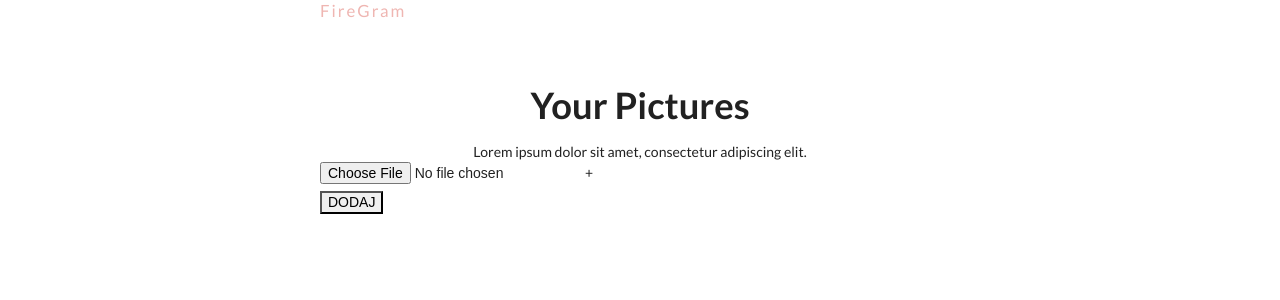
Repository: gregorskrinjar/react_ita
Page: / (app in frontend/)
An editor plug-in stored every save of this project. The page is shown before and after the next save, followed by the edit.
The browser window is 1280 px wide. The pictures show the whole page.
The page's requests for data from a server got no answer. The project was rebuilt for these pictures with package versions that can differ from the ones it lists, and the page was loaded fresh each time. No one was signed in, and anything a server would have sent is missing. Also part of the build but not shown: frontend/src/Header.jsx, frontend/src/Home.js, frontend/src/components/accountBox/common.jsx, frontend/src/components/marginer/index.jsx, frontend/src/components/accountBox/accountContext.js, frontend/src/api/axiosUserAuth.js, frontend/src/components/accountBox/loginForm.jsx, frontend/src/components/accountBox/signupForm.jsx and 6 more.

Above is the page before, as saved 2021-06-01 01:07:53.

After the next save:
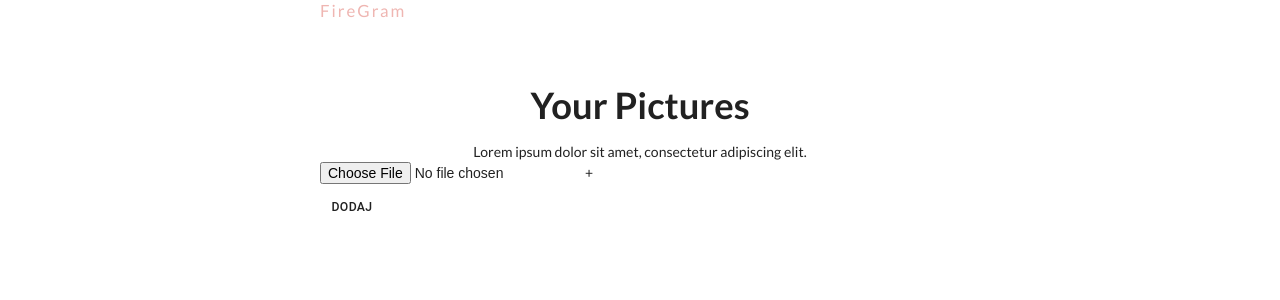
Saved 28 s later.
--- a/frontend/src/components/gallery/ImageCard.js
+++ b/frontend/src/components/gallery/ImageCard.js
@@ -217,7 +217,7 @@ function ImageCard({ selectedImg, setSelectedImg }) {
             </Card>
           </Grid>
         ))}
-      {!loading && <button onClick={fetchImages}>DODAJ</button>}
+      {!loading && <Button onClick={fetchImages}>DODAJ</Button>}
     </div>
   );
 }
